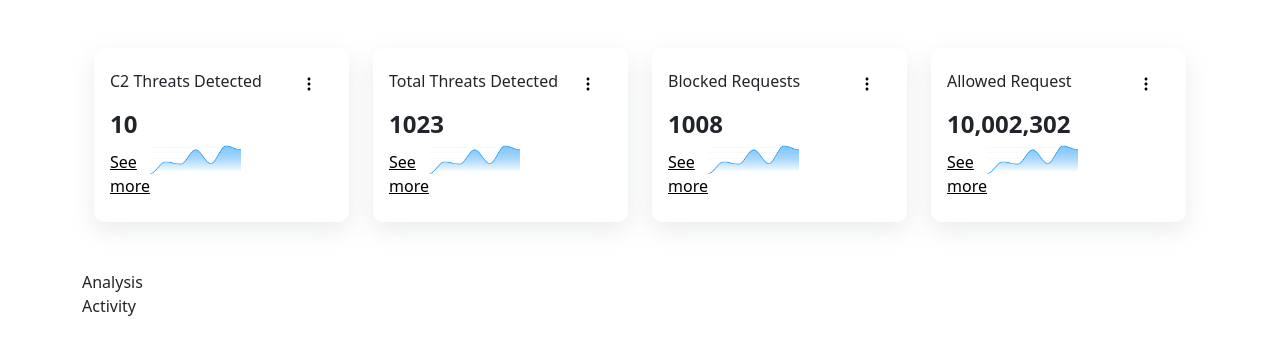
Repository: badhon252/dashboard
Page: /
The author's editor kept a copy of each file at every save. The page is drawn from the files as they stood at one save, then again after the next save.
The browser window is 1280 px wide. The pictures show the whole page.
The project was rebuilt for these pictures with package versions that can differ from the ones it lists, and the page was loaded fresh each time. Also part of the build but not shown: vite.config.js.

Above is the page before, as saved 2023-01-27 02:09:19.

### index.html
<!DOCTYPE html>
<html lang="en">

<head>
    <meta charset="UTF-8" />
    <link rel="icon" type="image/svg+xml" href="/vite.svg" />
    <meta name="viewport" content="width=device-width, initial-scale=1.0" />
    <!-- bootsrap cdn  -->
    <link rel="stylesheet" href="https://cdn.jsdelivr.net/npm/bootstrap@5.2.3/dist/css/bootstrap.min.css">
    <title>DashBoard</title>
</head>

<body>
    <div id="root"></div>

    <script type="module" src="/src/index.jsx"></script>
    <!-- bootsrap cdn  -->
    <script type="module" src="https://cdn.jsdelivr.net/npm/bootstrap@5.2.3/dist/js/bootstrap.bundle.min.js"></script>
</body>

</html>

### src/App.jsx
import './App.css'
import Activity from './Components/Activity/Activity'
import Analysis from './Components/Analysis/Analysis'
import Status from './Components/Status/Status'

function App() {

  return (
    <div className="container">
      <Status/>
      <Analysis/>
      <Activity/>
    </div>
  )
}

export default App

### src/App.css
.link {
    color: #000;
    text-decoration: underline;
    font-size: 1em;
}

### src/Components/Activity/Activity.jsx
import React from 'react';

const Activity = () => {
    return (
        <div>
            Activity
        </div>
    );
}

export default Activity;

### src/Components/Analysis/Analysis.jsx
import React from 'react'

export default function Analysis() {
  return (
    <div>Analysis</div>
  )
}

### src/Components/Status/Status.jsx
import React from 'react'
import "./Status.css"
import StatusCard from './StatusCard';
import dotIcon from "../../assets/dot.svg"

export default function Status() {
  return (
    <div id="status" className='container'>
      <div className='row' >

        <div className="col-md-3">
            <StatusCard title="C2 Threats Detected" icon={dotIcon} amount="10" link={null}/>
        </div>
        <div className="col-md-3">
            <StatusCard title="Total Threats Detected" icon={dotIcon} amount="1023" link={null}/>
        </div>
        <div className="col-md-3">
            <StatusCard title="Blocked Requests" icon={dotIcon} amount="1008" link={null}/>
        </div>
        <div className="col-md-3">
            <StatusCard title="Allowed Request" icon={dotIcon} amount="10,002,302" link={null}/>
        </div>

      </div>
    </div>
  )
}

### src/Components/Status/Status.css
/* Card css  */

.myCard {
    border-radius: 5px;
    cursor: pointer;
    transition: all 0.3s ease-in-out;
    width: 100%;
    box-shadow: rgba(149, 157, 165, 0.2) 0px 8px 24px;
    border-radius: 10px;
}

.myCard_title {
    font-size: 1rem;
    font-weight: 500;
    margin: 0.5rem 0;
}

.myCard_value {
    font-size: 1.5rem;
    font-weight: 600;
}

### src/Components/Status/StatusCard.jsx
import "./Status.css";
import areaChart from "../../assets/areaChat.png";

export default function StatusCard({ title, icon, amount, link }) {
  return (
    <div className="myCard my-5 p-3">
      <div className="myCard_Head d-flex justify-content-between">
        <h3 className="myCard_title">{title}</h3>
        <h3 className="myCard_icon">
          <img className="img-fluid w-50" src={icon} alt=":" />
        </h3>
      </div>

      <div className="myCard_value">{amount}</div>

      <div className="myCard_data d-flex justify-content-between">
        <div className="link py-2">
          <a href={link}>See more</a>
        </div>
        <div className="myCard_Graph">
          <img className="img-fluid w-50" src={areaChart} alt="" />
        </div>
      </div>
    </div>
  );
}

Loaded but not shown: src/index.jsx (common file)

After the next save:
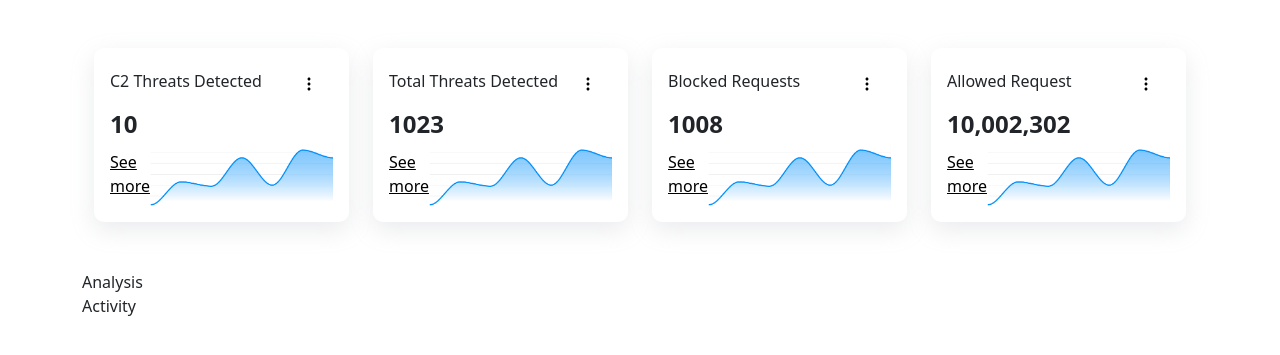
Saved 31 s later.
--- a/src/Components/Status/StatusCard.jsx
+++ b/src/Components/Status/StatusCard.jsx
@@ -18,7 +18,7 @@
           <a href={link}>See more</a>
         </div>
         <div className="myCard_Graph">
-          <img className="img-fluid w-50" src={areaChart} alt="" />
+          <img className="img-fluid " src={areaChart} alt="" />
         </div>
       </div>
     </div>

After the save that followed:
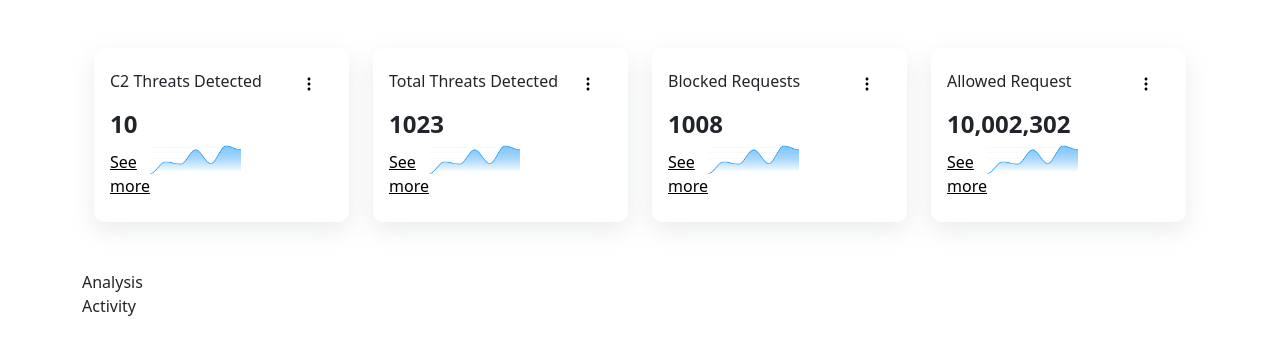
Saved 4 s later.
--- a/src/Components/Status/StatusCard.jsx
+++ b/src/Components/Status/StatusCard.jsx
@@ -18,7 +18,7 @@
           <a href={link}>See more</a>
         </div>
         <div className="myCard_Graph">
-          <img className="img-fluid " src={areaChart} alt="" />
+          <img className="img-fluid w-50" src={areaChart} alt="" />
         </div>
       </div>
     </div>
